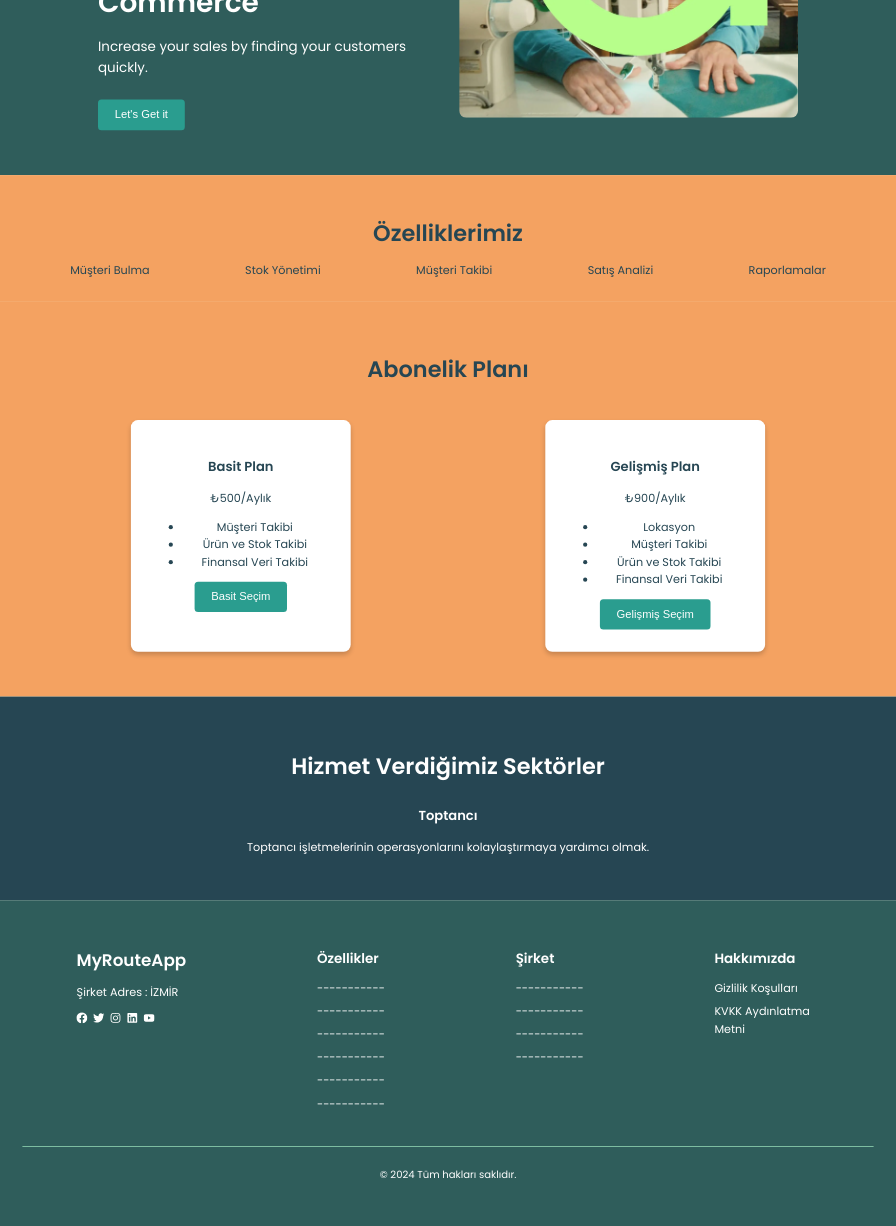
Repository: senolinanyasar/myrouteapplication
Page: /
These files come from the project's save history. The page is drawn as it stood at one moment and after the next save; the edit follows.
The browser window is 1280 px wide. The pictures show the part of the page from y = 463 to 2383 px (the page is 2214 px tall before and 4290 px after), at 70% of full size.
The project was rebuilt for these pictures with package versions that can differ from the ones it lists, and the page was loaded fresh each time. Also part of the build but not shown: vite.config.js.

Above is the page before, as saved 2024-11-14 19:56:46.

### src/index.css
@import url('https://fonts.googleapis.com/css2?family=Poppins:wght@400;600&display=swap');

body {
  font-family: 'Poppins', sans-serif;
  color: #264653;
  background-color: #f1faee;
  margin: 0;
  padding: 0;
  box-sizing: border-box;
}

code {
  font-family: source-code-pro, Menlo, Monaco, Consolas, 'Courier New',
    monospace;
}

### src/App.js
import React from 'react';
import HomePage from './components/HomePage';

function App() {
  return (
    <div className="App">
      <HomePage/>
    </div>
  );
}

export default App;

### src/components/HomePage.js
// HomePage.js
import React from 'react';
import TopBar from './TopBar';
import Header from './Header';
import HeroSection from './HeroSection';
import FeaturesSection from './FeaturesSection';
import PricingSection from './PricingSection';
import IndustriesSection from './IndustriesSection';
import Footer from './Footer';

const HomePage = () => {
    return (
        <div>
            <TopBar />
            <Header />
            <HeroSection />
            <FeaturesSection />
            <PricingSection />
            <IndustriesSection />
            <Footer />
        </div>
    );
};

export default HomePage;

### src/components/TopBar.js
// TopBar.js
import React from 'react';
import './TopBar.css';

const TopBar = () => {
    return (
        <div className="top-bar">
            <div className="top-bar-content">
                <span>Destek</span>
                <span>0232 323 3223</span>
                <a href="#contact">İletişim</a>
            </div>
        </div>
    );
};

export default TopBar;

### src/components/Header.js
// Header.js
import React from 'react';
import './Header.css';

const Header = () => {
    return(
        <header className="header">
            <div className="header-logo">/logo url</div>
            <nav className="header-nav">
                <a href="#features">Özellikler</a>
                <a href="#industries">Sektörler</a>
                <a href="#pricing">Fiyatlandırma</a>
                <a href="#about">Hakkımızda</a>
                <a href='#contact'>İletişim</a>
            </nav>
            <div className="header-buttons">
                <button className="login-button">Giriş</button>
                <button className="register-button">Kayıt Ol</button>
            </div>
        </header>
    );
};


export default Header;

### src/components/HeroSection.js
// HeroSection.js
import React from 'react';
import './HeroSection.css';
import herosectionimage from '../images/hero1.webp';

const HeroSection = () =>{
    return(
        <section className="hero">
            <div className='hero-content'>
                <div className='hero-text'>
                    <h1>Customer Finding and Account Management Application Coming from the Heart of Commerce</h1>
                    <p>Increase your sales by finding your customers quickly.</p>
                    <button className='cta-button'>Let's Get it</button>
                </div>
                <div className='hero-image'>
                    <img src={herosectionimage} alt="Hero"/>
                </div>
            </div>
        </section>
    );
};

export default HeroSection;

### src/components/FeaturesSection.js
// FeaturesSection.js
import React from 'react';
import './FeaturesSection.css';

const FeaturesSection = () => {
    return (
        <section className="features">
            <h2>Özelliklerimiz</h2>
            <div className="features-list">
            <div className="feature-item">Müşteri Bulma</div>
            <div className="feature-item">Stok Yönetimi</div>
            <div className="feature-item">Müşteri Takibi</div>
            <div className="feature-item">Satış Analizi</div>
            <div className="feature-item">Raporlamalar</div>
            </div>
        </section>
    );
};

export default FeaturesSection;

### src/components/PricingSection.js
// PricingSection.js
import React from "react";
import './PricingSection.css';

const PricingSection = () => {
    return (
        <section className="pricing">
        <h2>Abonelik Planı</h2>
        <div className="pricing-cards">
          <div className="pricing-card">
            <h3>Basit Plan</h3>
            <p>₺500/Aylık</p>
            <ul>
              <li>Müşteri Takibi</li>
              <li>Ürün ve Stok Takibi</li>
              <li>Finansal Veri Takibi</li>
            </ul>
            <button className="cta-button">Basit Seçim</button>
          </div>
          <div className="pricing-card">
            <h3>Gelişmiş Plan</h3>
            <p>₺900/Aylık</p>
            <ul>
              <li>Lokasyon</li>
              <li>Müşteri Takibi</li>
              <li>Ürün ve Stok Takibi</li>
              <li>Finansal Veri Takibi</li>
            </ul>
            <button className="cta-button">Gelişmiş Seçim</button>
          </div>
          </div>
      </section>
    );
};

export default PricingSection;

### src/components/IndustriesSection.js
// IndustriesSection.js
import React from "react";
import './IndustriesSection.css';

const IndustriesSection = () => {
    return (
        <section className="industries">
            <h2>Hizmet Verdiğimiz Sektörler</h2>
            <div className="industry-cards">
                <div className="industry-card">
                    <h3>Toptancı</h3>
                    <p>Toptancı işletmelerinin operasyonlarını kolaylaştırmaya yardımcı olmak.</p>
                </div>
            </div>
        </section>
    );
};

export default IndustriesSection;

### src/components/Footer.js
// Footer.js

import React from 'react';
import './Footer.css';
import { FaFacebook, FaInstagram, FaLinkedin, FaTwitter, FaYoutube } from 'react-icons/fa';

const Footer = () => {
    return (
        <footer className="footer">
            <div className='footer-container'>
                {/* Logo ve Adres */}
                <div className='footer-logo-section'>
                    <h2 className='footer-logo'>MyRouteApp</h2>
                    <p>Şirket Adres : İZMİR</p>
                    <div className='social-icons'>
                        <FaFacebook />
                        <FaTwitter />
                        <FaInstagram />
                        <FaLinkedin />
                        <FaYoutube />
                    </div>
                </div>

                {/* Site Haritası */}
                <div className="footer-links">
                    <h3>Özellikler</h3>
                    <ul>
                        <li>-----------</li>
                        <li>-----------</li>
                        <li>-----------</li>
                        <li>-----------</li>
                        <li>-----------</li>
                        <li>-----------</li>
                    </ul>
                </div>

                <div className="footer-links">
                    <h3>Şirket</h3>
                    <ul>
                        <li>-----------</li>
                        <li>-----------</li>
                        <li>-----------</li>
                        <li>-----------</li>
                    </ul>
                </div>

                <div className="footer-links">
                    <h3>Hakkımızda</h3>
                    <ul>
                        <li>Gizlilik Koşulları</li>
                        <li>KVKK Aydınlatma Metni</li>
                    </ul>
                </div>
            </div>

            <div className="footer-bottom">
                <p>&copy; 2024 Tüm hakları saklıdır.</p>
            </div>
        </footer>
    );
};

export default Footer;

### src/components/TopBar.css
/* TopBar.css */

.top-bar {
    background-color: #2f5d5b;
    color: white;
    padding: 0.5rem;
    font-size: 0.9rem;
    display: flex;
    justify-content: center;
    position: fixed;
    top: 0;
    width: 99%;
    z-index: 1000;
}
.top-bar-content {
    display: flex;
    gap: 1rem;
    align-items: center;
    justify-content: flex-end;
    width: 100%;
}

.top-bar-content span{
    color: #ffffff;
}
.top-bar-content a{
    color: #9fe7c0;
    text-decoration: none;
    transition: color 0.3s;
}

.top-bar-content a:hover{
    color: #c3f2d0;
}

### src/components/Header.css
/* Header.css */
.header{
    display: flex;
    justify-content: space-between;
    align-items: center;
    padding: 1rem 2rem;
    background-color: #2a9d8f;
    color: white;
    margin-top: 2rem;
    position: sticky;
    top: 2rem;
    z-index: 999;
}


.header-logo {
    font-size: 1.5rem;
    font-weight: bold;
}
.header-nav a{
    margin: 0 1rem;
    color: white;
    text-decoration: none;
}
.header-nav a:hover {
    color: #e9c46a;
  }

.header-buttons button{
    margin-left: 1rem;
    padding: 0.5rem 1rem;
    border: none;
    border-radius: 5px;
}

.login-button{
    background-color: #264653;
    color: white;
}

.register-button{
    background-color: #e9c46a;
    color: black;
}

### src/components/HeroSection.css
.hero {
    padding: 4rem 2rem;
    background-color: #2f5d5b;
    color: white;

}

.hero-content {
    display: flex;
    align-items: center;
    justify-content: space-between;
    max-width: 1000px;
    margin: 0 auto;
}

.hero-text {
    flex: 1;
    margin-right: 2rem;
}

.hero h1 {
    font-size: 2.5rem;
    margin-bottom: 1rem;

}

.hero p {
    font-size: 1.2rem;
    margin-bottom: 2rem;

}

.cta-button {
    padding: 0.8rem 1.5rem;
    font-size: 1rem;
    color: #2f5d5b;
    background-color: #9fe7c0;
    border: none;
    border-radius: 5px;
    cursor: pointer;
    transition: background-color 0.3s ease;
}

.cta-button:hover {
    background-color: #c3f2d0;
}

.hero-image {
    flex: 1;
    max-width: 500px;
    height: auto;

}

.hero-image img {
    width: 100%;
    height: auto;
    object-fit: cover;
    border-radius: 10px;
}

### src/components/FeaturesSection.css
/* FeaturesSection.css */
.features {
    padding: 2rem;
    background-color: #f4a261;
    color: #264653;
    text-align: center;
}

.features h2 {
    font-size: 2rem;
    margin-bottom: 1rem;
}

.features-list {
    display: flex;
    justify-content: space-around;
    flex-wrap: wrap;
}

.features-item{
    background-color: white;
    padding: 1.5rem;
    margin: 1rem;
    border-radius: 10px;
    width: 200px;
    box-shadow: 0px 4px 8px rgba(0, 0, 0, 0.2);
    transition: transform 0.2s ease-in-out;
}

.features-item:hover{
    transform: translateY(-5px);
}

### src/components/PricingSection.css
/* PricingSection.css */

.pricing{
    padding: 3rem;
    background-color: #f4a261;
    color: #264653;
    text-align: center;
}

.pricing h2{
    font-size: 2rem;
    margin-bottom: 2rem;
}

.pricing-cards {
    display: flex;
    justify-content: space-around;
    flex-wrap: wrap;
}

.pricing-card {
    background-color: white;
    padding: 2rem;
    border-radius: 10px;
    width: 250px;
    margin: 1rem;
    box-shadow: 0px 4px 8px  rgba(0, 0, 0, 0.2);
    transition: transform 0.3s ease;
}

.pricing-card:hover{
    transform: scale(1.05);
}

.cta-button{
    padding: 0.8rem 1.5rem;
    font-size: 1rem;
    color: white;
    background-color: #2a9d8f;
    border: none;
    border-radius: 5px;
    cursor: pointer;
    transition: background-color 0.3s ease;
}

.cta-button:hover{
    background-color: #e76f51;
}

### src/components/IndustriesSection.css
/* IndustriesSection.css */

.industries {
    padding: 3rem;
    background-color: #264653;
    color: white;
    text-align: center;
}

.industries h2{
    font-size: 2rem;
    margin-bottom: 2rem;
}

.industries-cards{
    display: flex;
    justify-content: space-around;
    flex-wrap: wrap;
}

.industries-card{
    background-color: #2a9d8f;
    padding: 1.5rem;
    border-radius: 10px;
    width: 250px;
    margin: 1rem;
    box-shadow: 0px 4px 8px rgba(0, 0, 0, 0,2);
    transition: transform 0.3s ease;
}

.industries-card:hover{
    transform: translateY(-5px);
}

### src/components/Footer.css
/* Footer.css */

.footer {
    background-color: #2f5d5b;
    color: white;
    padding: 3rem 2rem;
}
.footer-container{
    display: flex;
    flex-wrap: wrap;
    justify-content: space-around;
    gap: 2rem;
}

.footer-logo-seciton{
    max-width: 200px;
}

.footer-logo{
    font-size: 1.5rem;
    margin-bottom: 1rem;
}
.footer-logo-seciton p{
    margin-bottom: 1rem;
}
.social-icons{
    display: flex;
    gap: 0.5rem;
}
.social-icons svg:hover{
    color: #9fe7c0;
}
.footer-links{
    max-width: 150px;
}
.footer-links h3{
    font-size: 1.2rem;
    margin-bottom: 1rem;
}
.footer-links ul{
    list-style: none;
    padding: 0;
}
.footer-links ul li {
    margin-bottom: 0.5rem;
    cursor: pointer;
    transition: color 0.3s;
}
.footer-links ul li:hover{
    color: #9fe7c0;
}

.footer-bottom {
    text-align: center;
    margin-top: 2rem;
    font-size: 0.9rem;
    border-top: 1px solid #9fe7c0;
    padding-top: 1rem;
}

Loaded but not shown: public/index.html (common file); src/index.js (common file); src/reportWebVitals.js (common file)

After the next save:
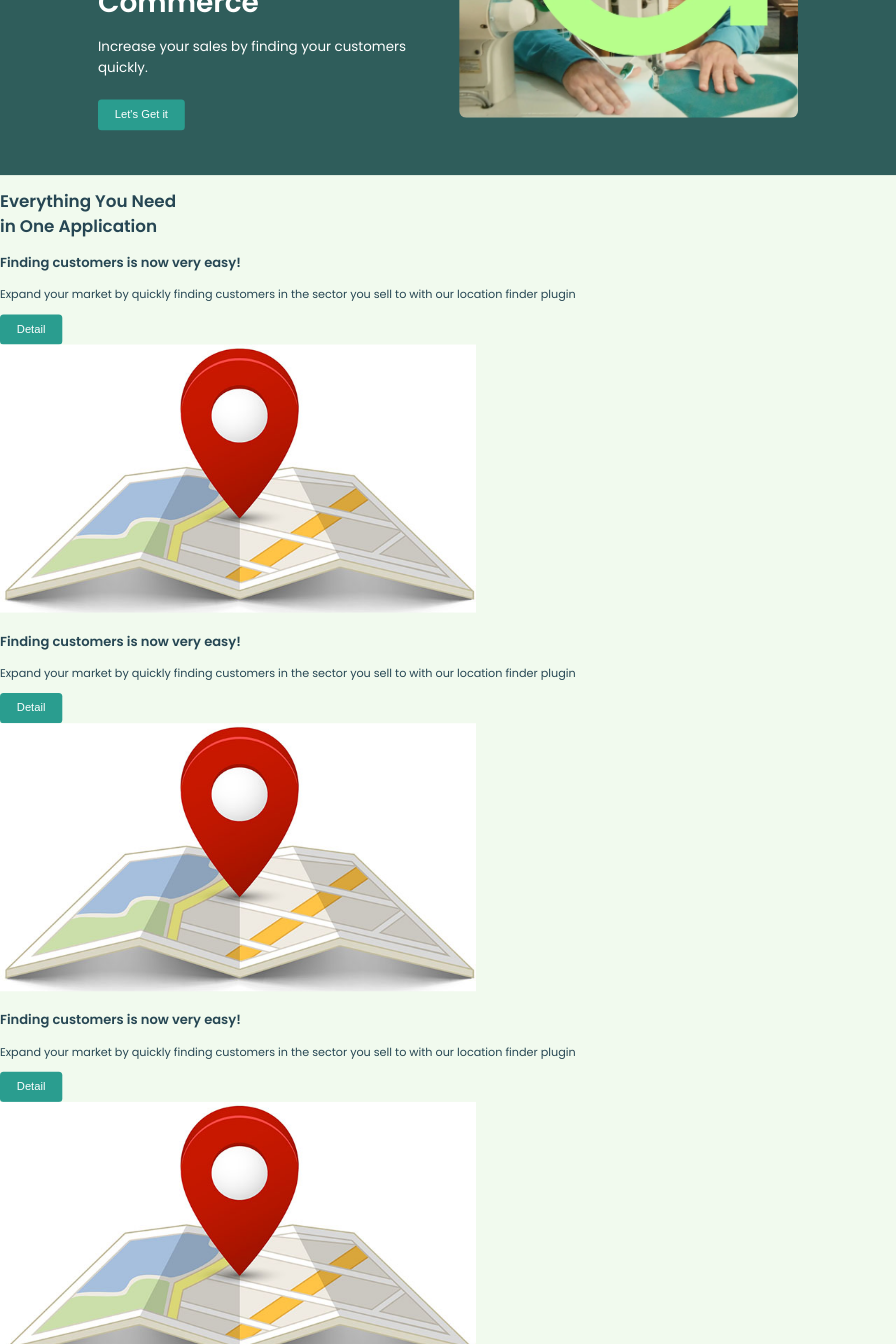
Saved 11 min 30 s later.
--- a/src/components/FeaturesSection.js
+++ b/src/components/FeaturesSection.js
@@ -1,17 +1,51 @@
 // FeaturesSection.js
 import React from 'react';
 import './FeaturesSection.css';
+import locationImage from '../images/location.jpg';
 
 const FeaturesSection = () => {
     return (
-        <section className="features">
-            <h2>Özelliklerimiz</h2>
-            <div className="features-list">
-            <div className="feature-item">Müşteri Bulma</div>
-            <div className="feature-item">Stok Yönetimi</div>
-            <div className="feature-item">Müşteri Takibi</div>
-            <div className="feature-item">Satış Analizi</div>
-            <div className="feature-item">Raporlamalar</div>
+        <section className="feature-section">
+            <h2 className='features-title'>Everything You Need <br /> in One Application</h2>
+            <div className='feature'>
+                <div className='feature-text'>
+                    <h3>Finding customers is now very easy!</h3>
+                    <p>Expand your market by quickly finding customers in the sector you sell to with our location finder plugin</p>
+                </div>
+                <button className='cta-button'>Detail</button>
+            </div>
+            <div className='feature-image'>
+            <img src={locationImage} alt="Location Feature" />
+            </div>
+            <div className='feature'>
+                <div className='feature-text'>
+                    <h3>Finding customers is now very easy!</h3>
+                    <p>Expand your market by quickly finding customers in the sector you sell to with our location finder plugin</p>
+                </div>
+                <button className='cta-button'>Detail</button>
+            </div>
+            <div className='feature-image'>
+            <img src={locationImage} alt="Location Feature" />
+            </div>
+            <div className='feature'>
+                <div className='feature-text'>
+                    <h3>Finding customers is now very easy!</h3>
+                    <p>Expand your market by quickly finding customers in the sector you sell to with our location finder plugin</p>
+                </div>
+                <button className='cta-button'>Detail</button>
+            </div>
+            <div className='feature-image'>
+            <img src={locationImage} alt="Location Feature" />
+            </div>
+            <div className='feature'>
+                <div className='feature-text'>
+                    <h3>Finding customers is now very easy!</h3>
+                    <p>Expand your market by quickly finding customers in the sector you sell to with our location finder plugin</p>
+                </div>
+                <button className='cta-button'>Detail</button>
+            </div>
+            <div className='feature-image'>
+            <img src={locationImage} alt="Location Feature" />
             </div>
         </section>
     );
